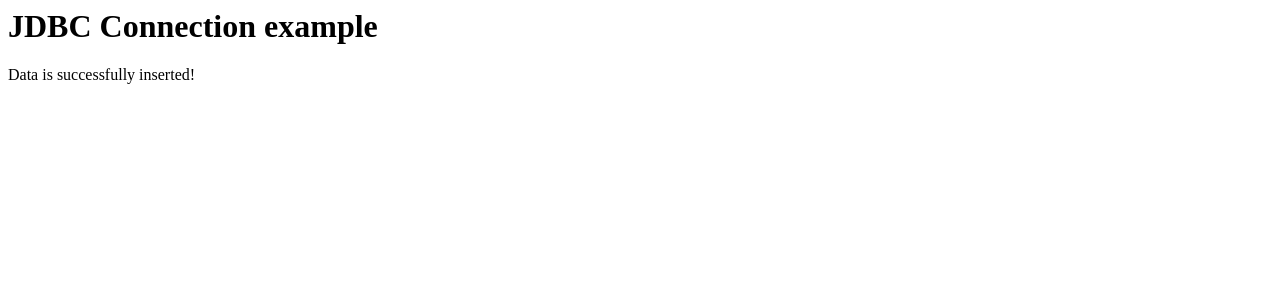
Repository: emmaclkasper/CS4300
Page: http://localhost/test2/database.jsp
The author's editor kept a copy of each file at every save. The page is drawn from the files as they stood at one save, then again after the next save.
The browser window is 1280 px wide. The pictures show the whole page.
The page is served by Tomcat 9.

Above is the page before, as saved 2020-04-28 20:54:29.

After the next save:
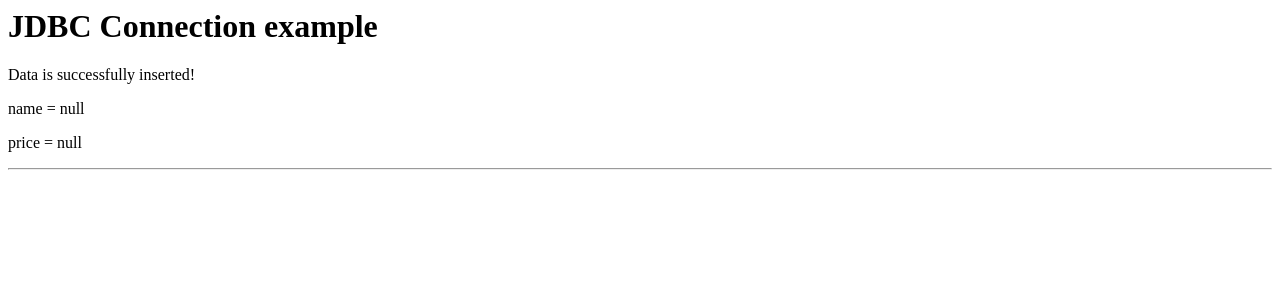
Saved 93 s later.
--- a/test2/WebContent/database.jsp
+++ b/test2/WebContent/database.jsp
@@ -39,7 +39,10 @@ pageEncoding="ISO-8859-1"%>
   }
 %>
 
+ 	<p> name = <%= name %> </p>
+    <p> price = <%= price %> </p>
 
+    <hr>
 
 </body>
 </html>
